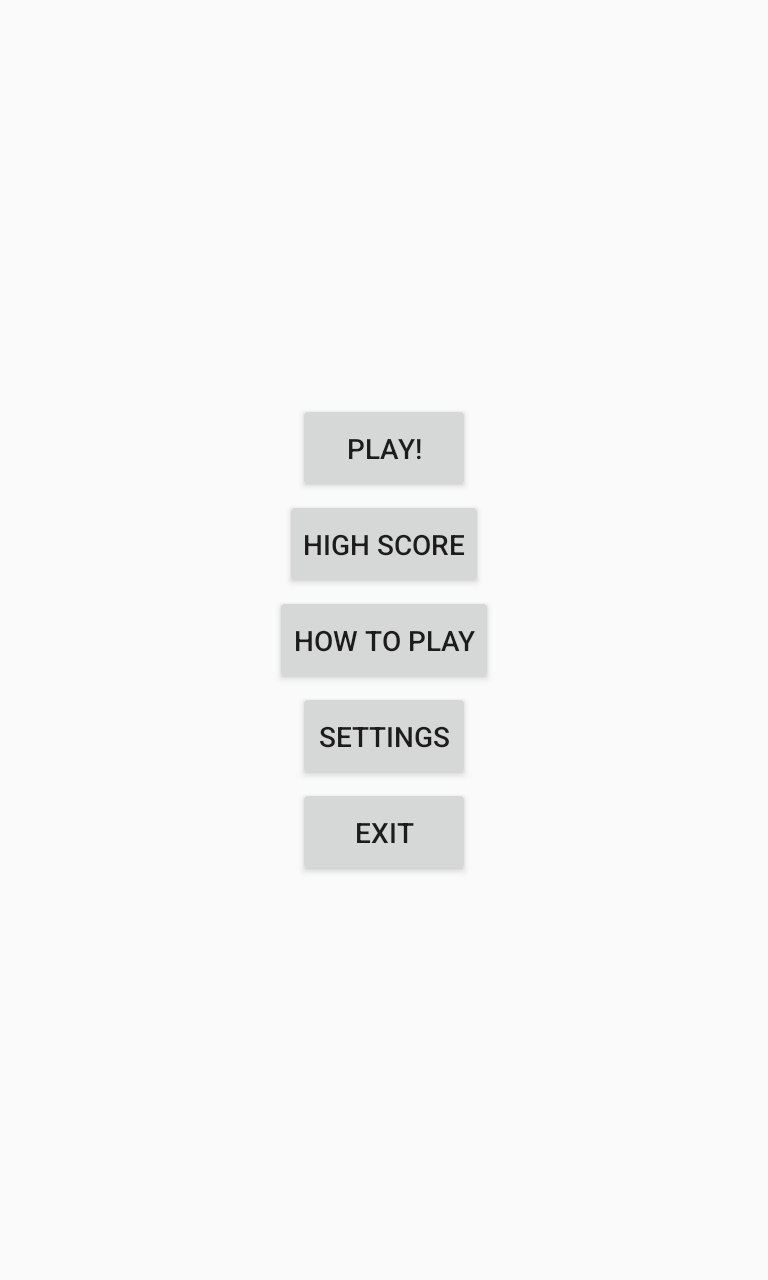
Repository: JoanneCaroll/Mathbomb
Layout: MathBomb/res/layout/activity_mainmenu.xml
The author's editor kept a copy of each file at every save. The layout is drawn from the files as they stood at one save, then again after the next save.
It is drawn on a 768 x 1280 px phone screen (xhdpi) without system bars, with theme AppTheme; the app's code is not run.

Above is the layout before, as saved 2014-11-12 10:55:43.

### MathBomb/res/layout/activity_mainmenu.xml
<?xml version="1.0" encoding="utf-8"?>
<LinearLayout xmlns:android="http://schemas.android.com/apk/res/android"
    android:layout_width="match_parent"
    android:layout_height="match_parent"
    android:orientation="vertical"
    android:gravity = "center">

    <Button
        android:id="@+id/playbutton"
    	android:layout_width="wrap_content"
    	android:layout_height="wrap_content"
    	android:padding="10dp"
    	android:text="@string/menuplay"
    	/>
    <Button
        android:id="@+id/highscorebutton"
    	android:layout_width="wrap_content"
    	android:layout_height="wrap_content"
    	android:padding="10dp"
    	android:text="@string/menuhighscore"
    	/>
    <Button
        android:id="@+id/howtoplaybutton"
    	android:layout_width="wrap_content"
    	android:layout_height="wrap_content"
    	android:padding="10dp"
    	android:text="@string/menuhowtoplay"
    	/>
    <Button
        android:id="@+id/settingsbutton"
    	android:layout_width="wrap_content"
    	android:layout_height="wrap_content"
    	android:padding="10dp"
    	android:text="@string/menusettings"
    	/>
    <Button
        android:id="@+id/exitbutton"
    	android:layout_width="wrap_content"
    	android:layout_height="wrap_content"
    	android:padding="10dp"
    	android:text="@string/menuexit"
    	/>

</LinearLayout>

### MathBomb/res/values/strings.xml
<?xml version="1.0" encoding="utf-8"?>
<resources>

    <string name="app_name">MathBomb</string>
    <string name="action_settings">Settings</string>
    <string name="score">Score: </string>
    <string name="timeleft">Time Left: </string>
    <string name="highscore">High Score: </string>
    <string name="highscoretitle">HIGH SCORE</string>
    <string name="ok">Ok</string>
	<string name="setRange">Choose Range of Numbers: </string>

	<string name="menuplay">Play!</string>
	<string name="menuhighscore">High Score</string>
	<string name="menuhowtoplay">How to Play</string>
	<string name="menusettings">Settings</string>
	<string name="menuexit">Exit</string>

</resources>

Loaded but not shown: MathBomb/res/values/styles.xml (common file); MathBomb/res/values-v11/styles.xml (common file); MathBomb/res/values-v14/styles.xml (common file)

After the next save:
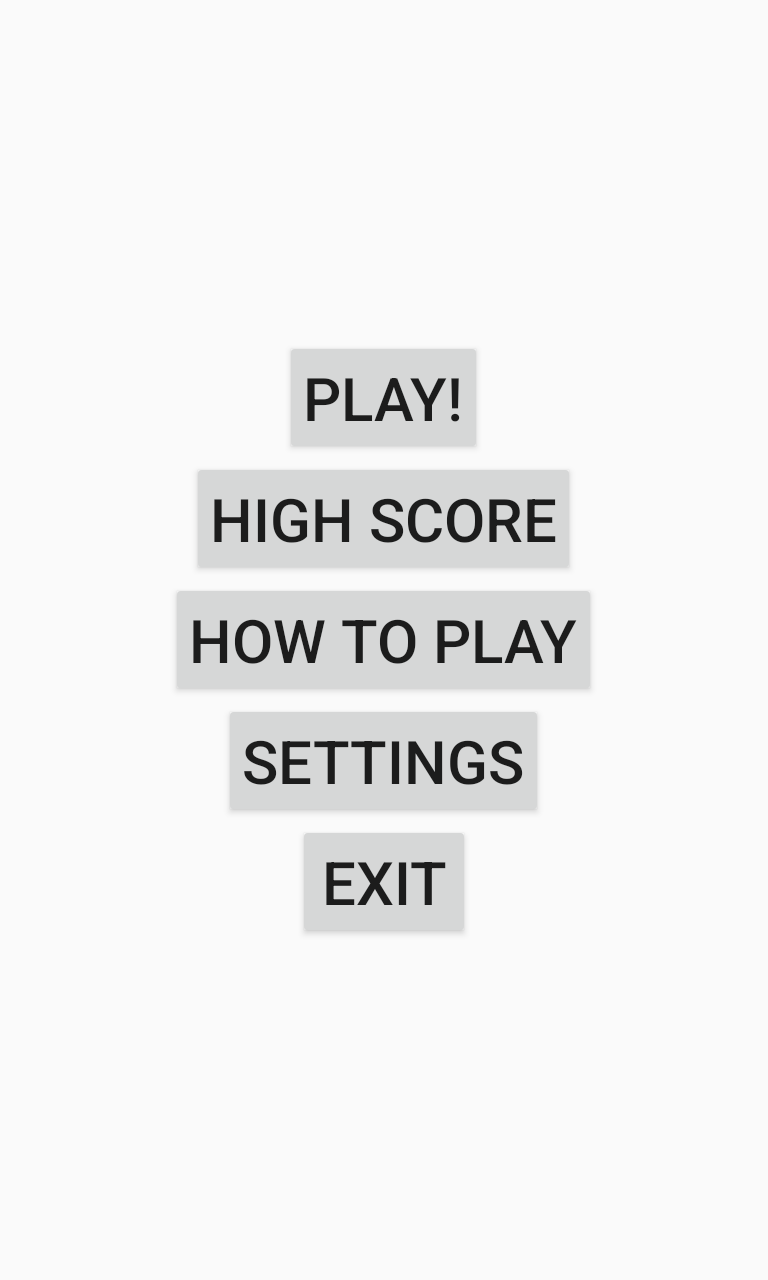
Saved 96 s later.
--- a/MathBomb/res/layout/activity_mainmenu.xml
+++ b/MathBomb/res/layout/activity_mainmenu.xml
@@ -3,7 +3,7 @@
     android:layout_width="match_parent"
     android:layout_height="match_parent"
     android:orientation="vertical"
-    android:gravity = "center">
+    android:gravity = "center" >
 
     <Button
         android:id="@+id/playbutton"
@@ -11,34 +11,34 @@
     	android:layout_height="wrap_content"
     	android:padding="10dp"
     	android:text="@string/menuplay"
-    	/>
+    	android:textSize="30dp" />
     <Button
         android:id="@+id/highscorebutton"
     	android:layout_width="wrap_content"
     	android:layout_height="wrap_content"
     	android:padding="10dp"
     	android:text="@string/menuhighscore"
-    	/>
+    	android:textSize="30dp" />
     <Button
         android:id="@+id/howtoplaybutton"
     	android:layout_width="wrap_content"
     	android:layout_height="wrap_content"
     	android:padding="10dp"
     	android:text="@string/menuhowtoplay"
-    	/>
+    	android:textSize="30dp" />
     <Button
         android:id="@+id/settingsbutton"
     	android:layout_width="wrap_content"
     	android:layout_height="wrap_content"
     	android:padding="10dp"
     	android:text="@string/menusettings"
-    	/>
+    	android:textSize="30dp" />
     <Button
         android:id="@+id/exitbutton"
     	android:layout_width="wrap_content"
     	android:layout_height="wrap_content"
     	android:padding="10dp"
     	android:text="@string/menuexit"
-    	/>
+    	android:textSize="30dp" />
 
 </LinearLayout>
